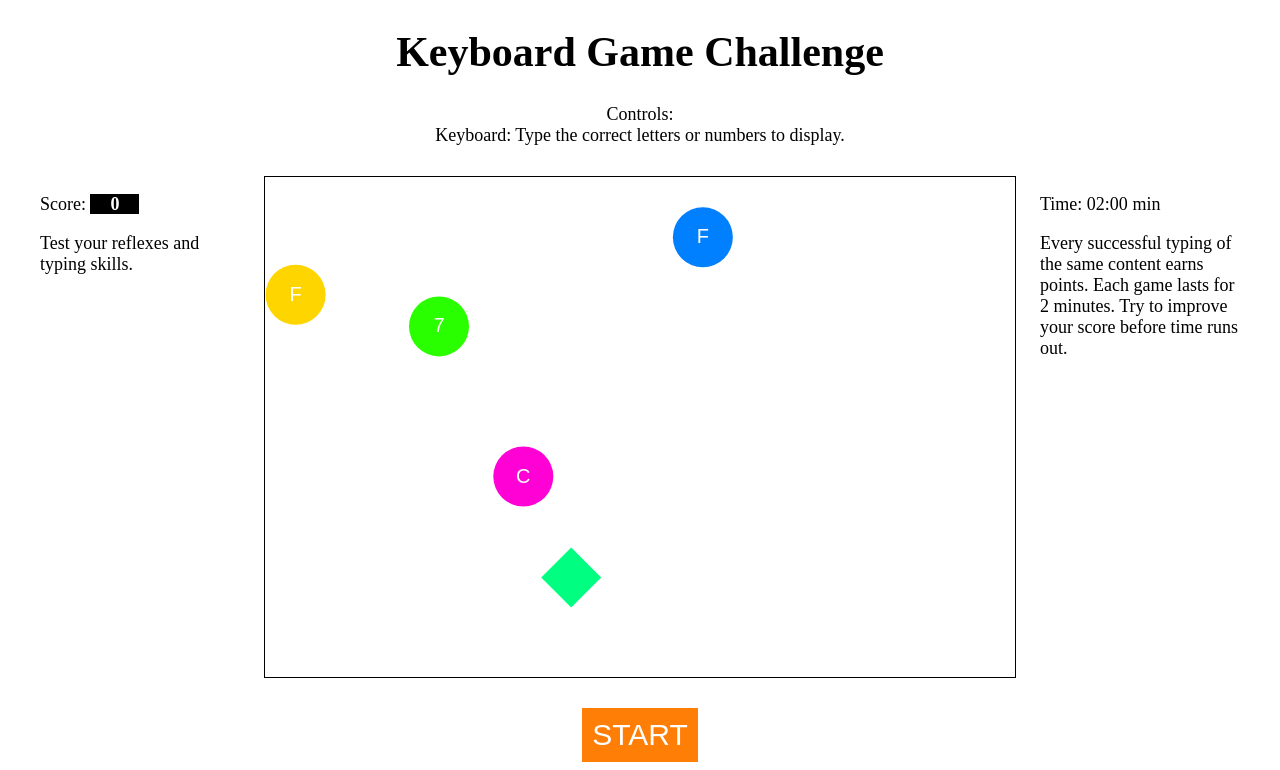
Repository: TianJunShi1/imw-2023
Page: index.html
The author's editor kept a copy of each file at every save. The page is drawn from the files as they stood at one save, then again after the next save.
The browser window is 1280 px wide. The pictures show the whole page.
After loading, the first visible `#start` was clicked once.

Above is the page before, as saved 2024-03-25 09:52:33.

### index.html
<!DOCTYPE html>
<html>

<head>
  <title>Bubble Pop Challenge</title>
  <style>
    .box {
      width: 1200px;
      margin: 0 auto;
      text-align: center;
    }

    h1 {
      font-size: 42px;
    }

    .bubblePre {
      width: 600px;
      margin: 0 auto;
    }

    .main {
      display: flex;
      align-items: flex-start;
      justify-content: space-between;
      margin-top: 30px;
    }

    .left,
    .right {
      width: 200px;
    }

    p {
      font-size: 18px;
    }

    .margin0 {
      margin: 0;
    }

    #score {
      padding: 0 20px;
      background-color: #000;
      color: #fff;
      font-weight: bold;
    }

    .left p,
    .right p {
      text-align: left;
    }

    canvas {
      border: 1px solid black;
    }

    button {
      margin-top: 30px;
      background-color: #ff7e05;
      padding: 10px;
      color: #fff;
      border: none;
      cursor: pointer;
      font-size: 30px;
    }
  </style>
</head>

<body>
  <div class="box">
    <h1>Keyboard Game Challenge</h1>
    <div class="bubblePre">
      <p class="margin0">Controls:</p>
      <p class="margin0">
        Keyboard: Type the correct letters or numbers to display.</p>
    </div>
    <div class="main">
      <div class="left">
        <p>Score: <span id="score">0</span></p>
        <p>Test your reflexes and typing skills.</p>
      </div>
      <canvas id="canvasEle"></canvas>
      <div class="right">
        <p>Time: <span id="time">02:00</span> min</p>
        <p>Every successful typing of the same content earns points. Each game lasts for 2 minutes. Try to improve your
          score before time runs out.</p>
      </div>
    </div>
    <button id="start">START</button>
  </div>

  <script src="index.js"></script>
</body>

</html>

### index.js
// 定义游戏状态变量
var score = 0  //定义分数
var bubbles = []  //生成泡泡绘制组成的数组
var time = 120  //定义时间
var keyPressed = ""  //键盘按下
var w = 750  // 设置宽
var h = 500  // 设置高
var timer  //设置定时器默认值
var speedFactor = 0.5 // 减少这个值会使泡泡移动得更慢

// 随机生成泡泡
var o1 = {
  radius: 30,  //半径
  c: 100,  //颜色
  clicked: false,  //是否被点击
  change: { c: 10 }
}

const canvas = document.getElementById("canvasEle")  // 获取 canvas 元素并创建绘图上下文
const ctx = canvas.getContext("2d")
canvas.width = w  // 设置宽
canvas.height = h  // 设置高


// 监听键盘按键事件
document.onkeydown = function (event) {
  keyPressed = event.key.toUpperCase() // 记录按下的键
}

// 监听鼠标点击事件
canvas.onmousedown = function (event) {
  const rect = canvas.getBoundingClientRect()
  const mouseX = event.clientX - rect.left
  const mouseY = event.clientY - rect.top
  for (let i = 0; i < bubbles.length; i++) {
    if (isPointInsideBubble(mouseX, mouseY, bubbles[i])) {
      if (bubbles[i].type === "shape") {
        bubbles[i].clicked = true
      }
    }
  }
}
// 开始游戏按钮点击事件
document.getElementById("start").onclick = function () {
  // 开始游戏了设置禁止再点击start按钮
  document.getElementById("start").setAttribute("disabled", true)
  update()
  generateBubble(4)
  timer = setInterval(updateTimer, 1000)  // 每秒调用一次 updateTimer 函数
}


// 更新游戏状态
function update () {
  // 清空画布
  ctx.clearRect(0, 0, w, h)

  // 绘制泡泡
  for (let i = 0; i < bubbles.length; i++) {
    const o = bubbles[i]

    // 绘制泡泡
    drawBubbles(o)

    // 绘制泡泡内的内容
    if (o.type === "text") {  //文字
      drawBubblesText(o)
    } else if (o.type === "shape") { //图形
      drawBubblesShape(o)
    }

    // 判断泡泡是否被点击或按下正确的键
    if ((o.clicked && o.type === "shape") || (o.type === "text" && o.content === keyPressed)) {
      bubbles.splice(i, 1)  //删除已经正确的
      i--
      score += 1  //正确的+1
      generateBubble(randZeroOrOne()) // 生成新的泡泡
      break // 只在点击一个泡泡后生成一个新的泡泡
    }

    // 检查泡泡是否碰到边界
    bounce(o)

    // 更新泡泡的位置
    o.x += o.dx
    o.y += o.dy
  }

  // 得分
  document.getElementById("score").innerHTML = score

  // 请求下一帧更新
  requestAnimationFrame(update)
}

// 更新剩余时间
function updateTimer () {
  const minutes = Math.floor(time / 60) // 计算剩余分钟数
  const seconds = time % 60 // 计算剩余秒数

  // 格式化时间为 mm:ss 的形式
  const formatTime = `${minutes.toString().padStart(2, '0')}:${seconds.toString().padStart(2, '0')}`
  // 更新时间显示
  document.getElementById("time").innerHTML = formatTime

  if (time <= -1) {
    clearInterval(timer) // 清除定时器
    endGame() // 结束游戏逻辑
  }
  time-- // 时间减少1秒
}

function endGame () {  //结束游戏
  // 弹出得分结果
  alert(`Game Over!\nYour Score: ${score}`)
  location.reload()
  document.getElementById("start").setAttribute("disabled", false)
  return
}

// 绘制泡泡
function drawBubbles (o) {
  // 当泡泡类型为 'shape' 时，不绘制外围的圆形泡泡
  if (o.type === 'text') {
    ctx.beginPath()
    ctx.arc(o.x, o.y, o.radius, 0, Math.PI * 2)
    ctx.fillStyle = o.color
    ctx.fill()
  }
}

// 绘制泡泡里面的文字
function drawBubblesText (o) {
  ctx.font = "20px Arial"
  ctx.fillStyle = "white"
  ctx.fontWeight = "bold"
  ctx.textAlign = "center"
  ctx.fillText(o.content, o.x, o.y + 6)
}

// 绘制泡泡里面的图形
function drawBubblesShape (o) {
  ctx.beginPath()
  if (o.content == 'circle') {
    ctx.arc(o.x, o.y, o.radius, 0, Math.PI * 2)
  } else if (o.content == 'square') {
    ctx.rect(o.x - o.radius, o.y - o.radius, o.radius * 2, o.radius * 2)
  } else if (o.content == 'rectangle') {
    ctx.rect(o.x - o.radius, o.y - o.radius / 2, o.radius * 2, o.radius)
  } else if (o.content == 'triangle') {
    ctx.moveTo(o.x, o.y - o.radius)
    ctx.lineTo(o.x + o.radius, o.y + o.radius)
    ctx.lineTo(o.x - o.radius, o.y + o.radius)
    ctx.closePath()
  } else if (o.content == 'diamond') {
    ctx.beginPath()
    ctx.moveTo(o.x, o.y - o.radius) // 上顶点
    ctx.lineTo(o.x + o.radius, o.y) // 右顶点
    ctx.lineTo(o.x, o.y + o.radius) // 下顶点
    ctx.lineTo(o.x - o.radius, o.y) // 左顶点
    ctx.closePath()
    ctx.fill()
  }
  ctx.fillStyle = o.color
  ctx.fill()
}

// 检查泡泡是否碰到边界
function bounce (o) {
  if (o.x - o.radius <= 0 || o.x + o.radius >= canvas.width) {
    o.dx *= -1
  }
  if (o.y - o.radius <= 0 || o.y + o.radius >= canvas.height) {
    o.dy *= -1
  }
}

// 判断点是否在泡泡内部
function isPointInsideBubble (x, y, o) {
  const dx = x - o.x
  const dy = y - o.y
  return dx * dx + dy * dy <= o.radius * o.radius
}

// num 生成的个数
function generateBubble (num) {
  for (let i = 0; i < num; i++) {  //文字
    let c = o1.change.c += o1.c
    const bubble = {
      x: rand() * (w - 60) + 30, // 随机位置，确保不会碰到边界
      y: rand() * (h - 60) + 30,
      radius: o1.radius,  //半径
      color: 'hsla(' + c + ', 100%, 50%, 1)',  //颜色
      content: getRandomTextContent(),  //内容
      type: "text",  //类型-文字
      clicked: o1.clicked,  //是否被点击
      dx: (rand() * 4 - 2) * speedFactor, // x 方向的速度
      dy: (rand() * 4 - 2) * speedFactor, // y 方向的速度
    }
    bubbles.push(bubble)
  }
  //设置的规则是每消除一个，再生成1个，
  // 控制当随机生成的文字泡泡是1的时候，也就是生成文字泡泡，不生成图形泡泡了
  if (num != 1) {
    let c = o1.change.c += o1.c
    const shapeBubble = {  //图形
      x: rand() * (w - 60) + 30, // 随机位置，确保不会碰到边界
      y: rand() * (h - 60) + 30,
      radius: o1.radius,  //半径
      color: 'hsla(' + c + ', 100%, 50%, 1)',  //颜色
      content: getRandomShapeContent(),  //图形
      type: "shape",
      clicked: o1.clicked,  //是否被点击
      dx: (rand() * 4 - 2) * speedFactor, // x 方向的速度
      dy: (rand() * 4 - 2) * speedFactor, // y 方向的速度
    }
    bubbles.push(shapeBubble)
  }
}



// 随机生成数字或字母
function getRandomTextContent () {
  var letters = "ABCDEFGHIJKLMNOPQRSTUVWXYZ0123456789"
  var randomIndex = Math.floor(Math.random() * letters.length)
  return letters[randomIndex]
}

// 随机生成图形
function getRandomShapeContent () {
  const shapes = ["circle", "square", "rectangle", "triangle", "diamond"]
  const randomIndex = Math.floor(Math.random() * shapes.length)
  return shapes[randomIndex]
}

// 生成随机值
function rand () {
  return Math.random()
}

// 生成随机值，0或者1
function randZeroOrOne () {
  return Math.random() > 0.5 ? 1 : 0
}

After the next save:
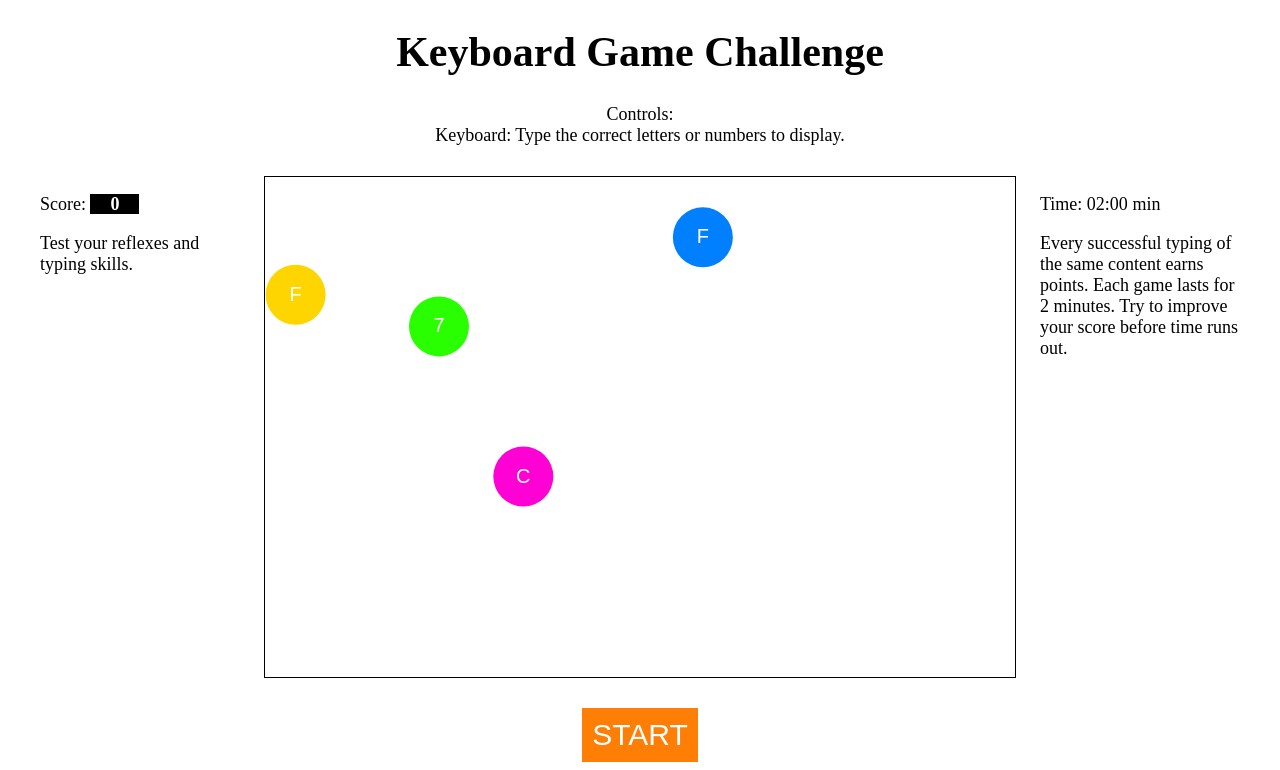
Saved 62 s later.
--- a/index.js
+++ b/index.js
@@ -65,8 +65,6 @@ function update () {
     // 绘制泡泡内的内容
     if (o.type === "text") {  //文字
       drawBubblesText(o)
-    } else if (o.type === "shape") { //图形
-      drawBubblesShape(o)
     }
 
     // 判断泡泡是否被点击或按下正确的键
@@ -136,33 +134,6 @@ function drawBubblesText (o) {
   ctx.fontWeight = "bold"
   ctx.textAlign = "center"
   ctx.fillText(o.content, o.x, o.y + 6)
-}
-
-// 绘制泡泡里面的图形
-function drawBubblesShape (o) {
-  ctx.beginPath()
-  if (o.content == 'circle') {
-    ctx.arc(o.x, o.y, o.radius, 0, Math.PI * 2)
-  } else if (o.content == 'square') {
-    ctx.rect(o.x - o.radius, o.y - o.radius, o.radius * 2, o.radius * 2)
-  } else if (o.content == 'rectangle') {
-    ctx.rect(o.x - o.radius, o.y - o.radius / 2, o.radius * 2, o.radius)
-  } else if (o.content == 'triangle') {
-    ctx.moveTo(o.x, o.y - o.radius)
-    ctx.lineTo(o.x + o.radius, o.y + o.radius)
-    ctx.lineTo(o.x - o.radius, o.y + o.radius)
-    ctx.closePath()
-  } else if (o.content == 'diamond') {
-    ctx.beginPath()
-    ctx.moveTo(o.x, o.y - o.radius) // 上顶点
-    ctx.lineTo(o.x + o.radius, o.y) // 右顶点
-    ctx.lineTo(o.x, o.y + o.radius) // 下顶点
-    ctx.lineTo(o.x - o.radius, o.y) // 左顶点
-    ctx.closePath()
-    ctx.fill()
-  }
-  ctx.fillStyle = o.color
-  ctx.fill()
 }
 
 // 检查泡泡是否碰到边界
